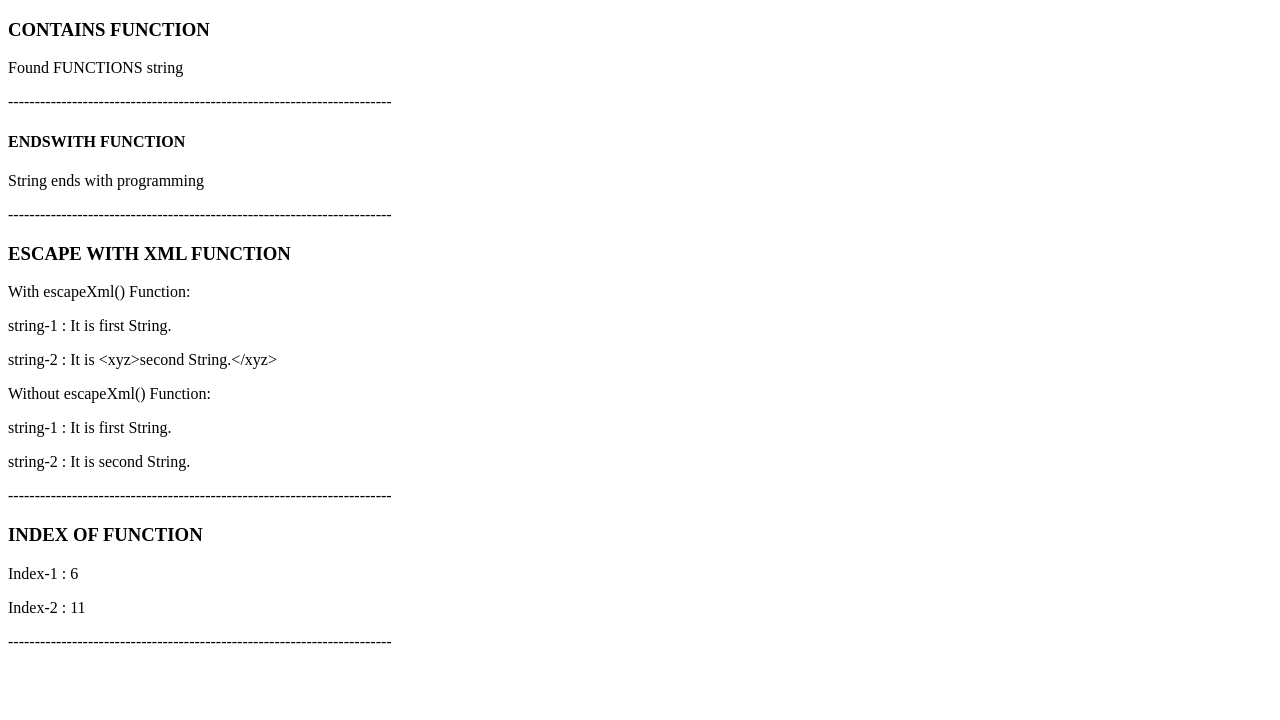
Repository: Siddhant1401/Aurionpro-J2EE
Page: http://localhost/04-JSTL-Tags/JSTLFunctions.jsp
An editor plug-in stored every save of this project. The page is shown before and after a run of saves, followed by the edit.
The browser window is 1280 px wide. The pictures show the whole page.
The page is served by Tomcat 9.

Above is the page before, as saved 2023-10-13 04:58:52.

After the next 2 saves:
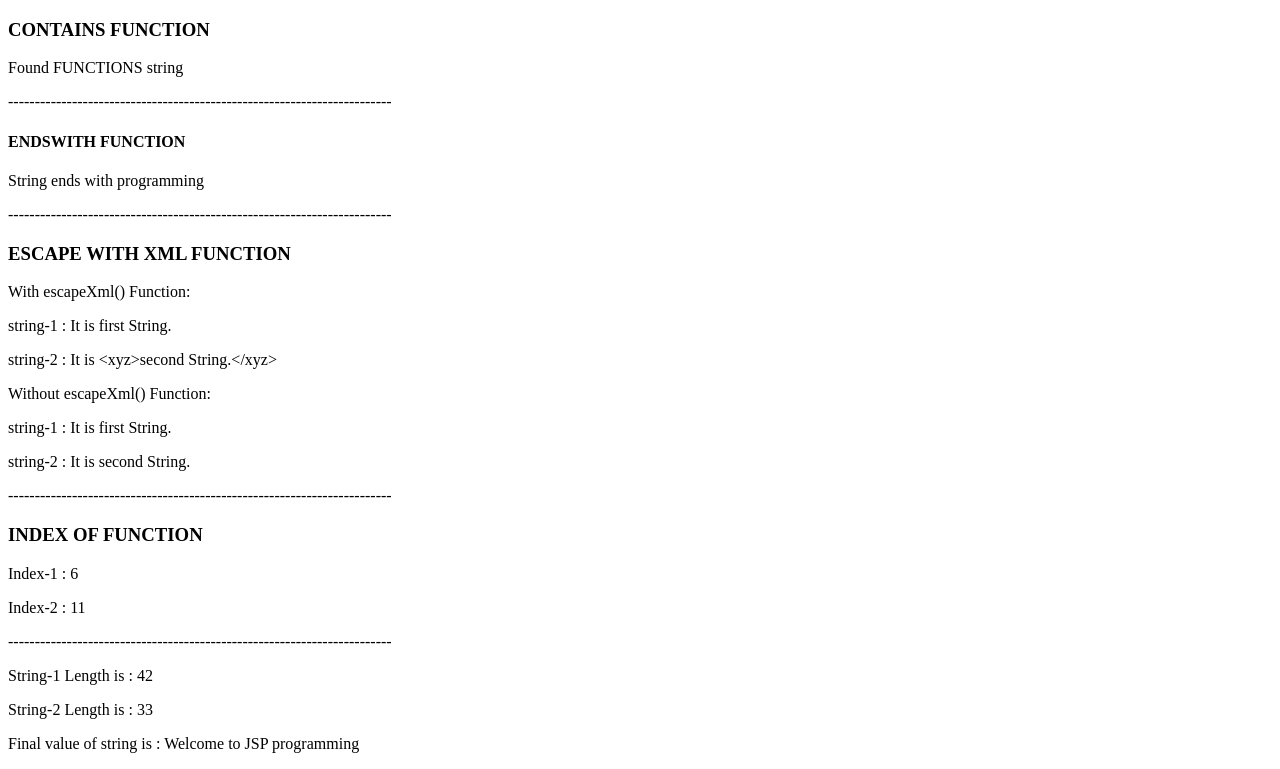
The 2 saves are shown as one change because they came seconds apart.
The last was saved 23 s later.
--- a/04-JSTL-Tags/WebContent/JSTLFunctions.jsp
+++ b/04-JSTL-Tags/WebContent/JSTLFunctions.jsp
@@ -61,5 +61,12 @@
 	<p>Index-2 : ${fn:indexOf(string2, "second")}</p>
 
 	<p>------------------------------------------------------------------------</p>
+
+	<c:set var="str1" value="Welcome to JSP        programming         " />
+	<p>String-1 Length is : ${fn:length(str1)}</p>
+
+	<c:set var="str2" value="${fn:trim(str1)}" />
+	<p>String-2 Length is : ${fn:length(str2)}</p>
+	<p>Final value of string is : ${str2}</p>
 </body>
 </html>
